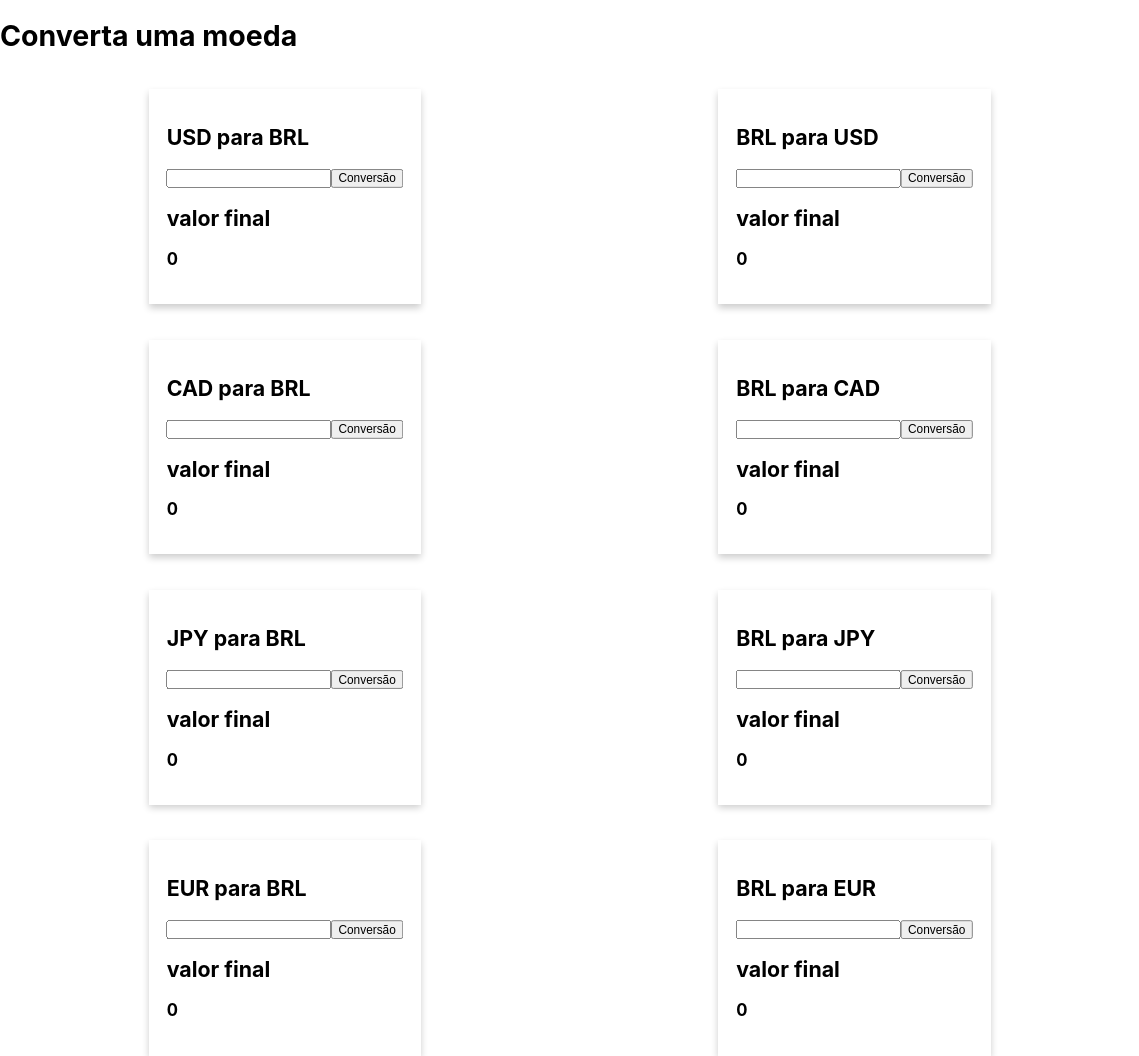
Repository: DeanLemosXD/Currency-converter
Page: /
The author's editor kept a copy of each file at every save. The page is drawn from the files as they stood at one save, then again after the next save.
The browser window is 1280 px wide. The pictures show the whole page, at 89% of full size.
The project was rebuilt for these pictures with package versions that can differ from the ones it lists, and the page was loaded fresh each time.

Above is the page before, as saved 2021-10-19 18:18:44.

### src/App.js
import './App.css';
import Conversor from './components/Conversor';

function App() {
  return (
    <div className="App">
      <h1>Converta uma moeda</h1>
      <div className="linha">
      <Conversor moedaA="USD" moedaB="BRL"></Conversor>
      <Conversor moedaA="BRL" moedaB="USD"></Conversor>
      </div>
      <div className="linha">
      <Conversor moedaA="CAD" moedaB="BRL"></Conversor>
      <Conversor moedaA="BRL" moedaB="CAD"></Conversor>
      </div>
      <div className="linha">
      <Conversor moedaA="JPY" moedaB="BRL"></Conversor>
      <Conversor moedaA="BRL" moedaB="JPY"></Conversor>
      </div>
      <div className="linha">
      <Conversor moedaA="EUR" moedaB="BRL"></Conversor>
      <Conversor moedaA="BRL" moedaB="EUR"></Conversor>
      </div>
    </div>
  );
}

export default App;

### src/App.css
.linha{
    display:flex;
    margin-top:  40px;
    justify-content: space-around;

}

### src/components/Conversor.js
import React, { Component } from 'react'
import './conversor.css'
export default class Conversor extends Component {

    // eslint-disable-next-line no-useless-constructor
    constructor(props){
        super(props);

        this.state = {
            moedaA_Valor:"",
            moedaB_Valor:0,

        }

        this.converter = this.converter.bind(this)
    }

    converter(){

        let de_para = `${this.props.moedaA}_${this.props.moedaB}`;
        let url = `http://free.currconv.com/api/v7/convert?q=${de_para}&compact=ultra&apiKey=0d7e32903cad9cf7460c`
        //console.log(url)
        fetch(url).then(res=>{
            return res.json()
        })
        .then(json=>{

            let cotacao = json[de_para];
            let moedaB_Valor = (parseFloat(this.state.moedaA_Valor) * cotacao).toFixed(2)
            this.setState({moedaB_Valor})
        })
    }
    render(){
        return (
            <div className="conversor">
                <h2>{this.props.moedaA} para {this.props.moedaB}</h2>
                <input type="text" onChange={(event)=>{this.setState({moedaA_Valor:event.target.value})}}></input>
                <input type="button" value="Conversão" onClick={this.converter}></input>
                <h2>valor final</h2>
                <h3>{this.state.moedaB_Valor}</h3>
            </div>
        )
    }
}

### src/components/conversor.css
.conversor{
        padding: 20px;
        max-width: 300px;
        box-shadow: 0 4px 8px 0 rgba(0, 0, 0, 0.2);
}

Loaded but not shown: public/index.html (common file); src/index.js (common file); src/index.css (common file); src/reportWebVitals.js (common file)

After the next save:
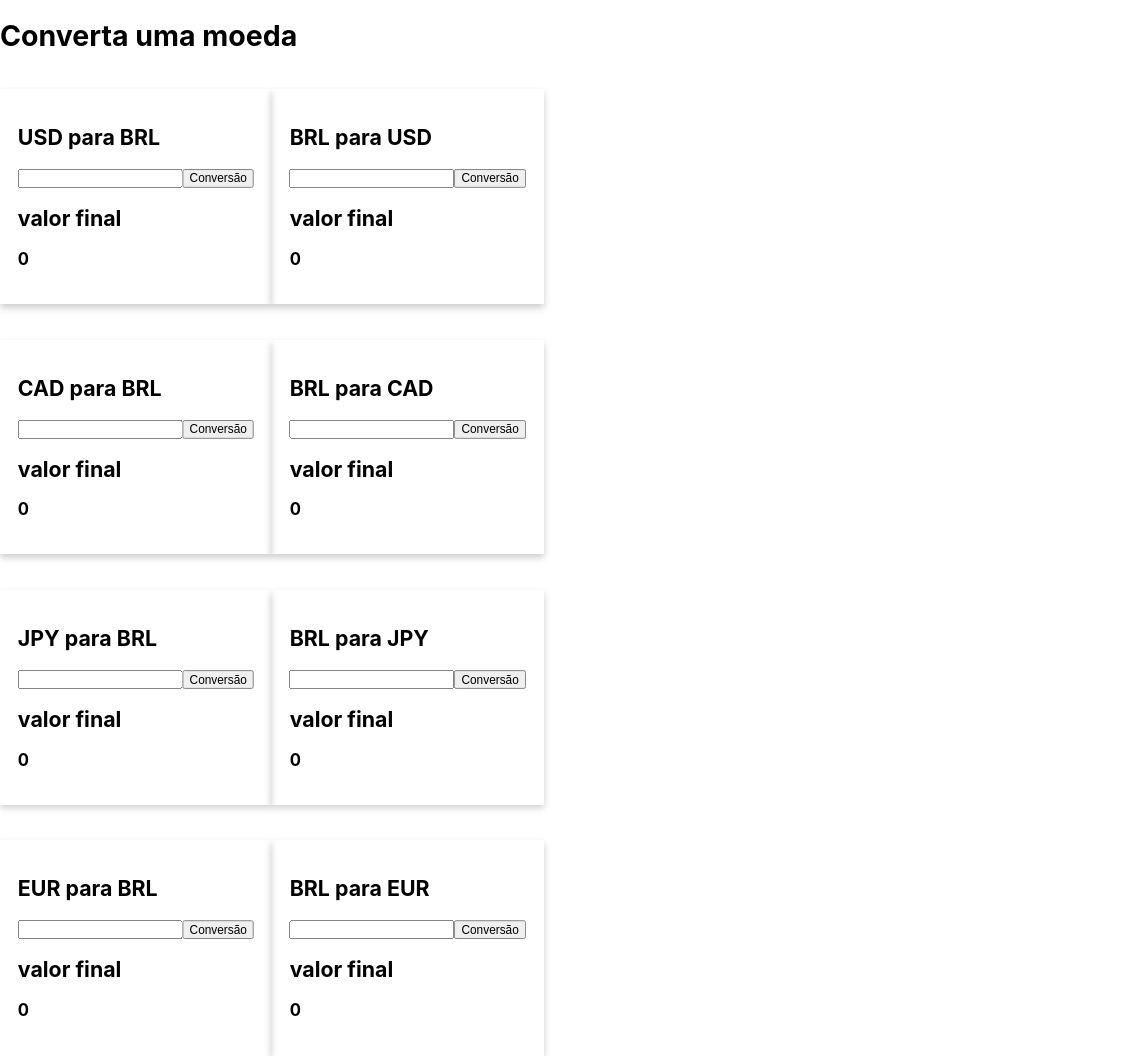
Saved 12 s later.
--- a/src/App.css
+++ b/src/App.css
@@ -1,6 +1,6 @@
 .linha{
     display:flex;
     margin-top:  40px;
-    justify-content: space-around;
+    justify-content: space-around 20px;
 
 }

After the save that followed:
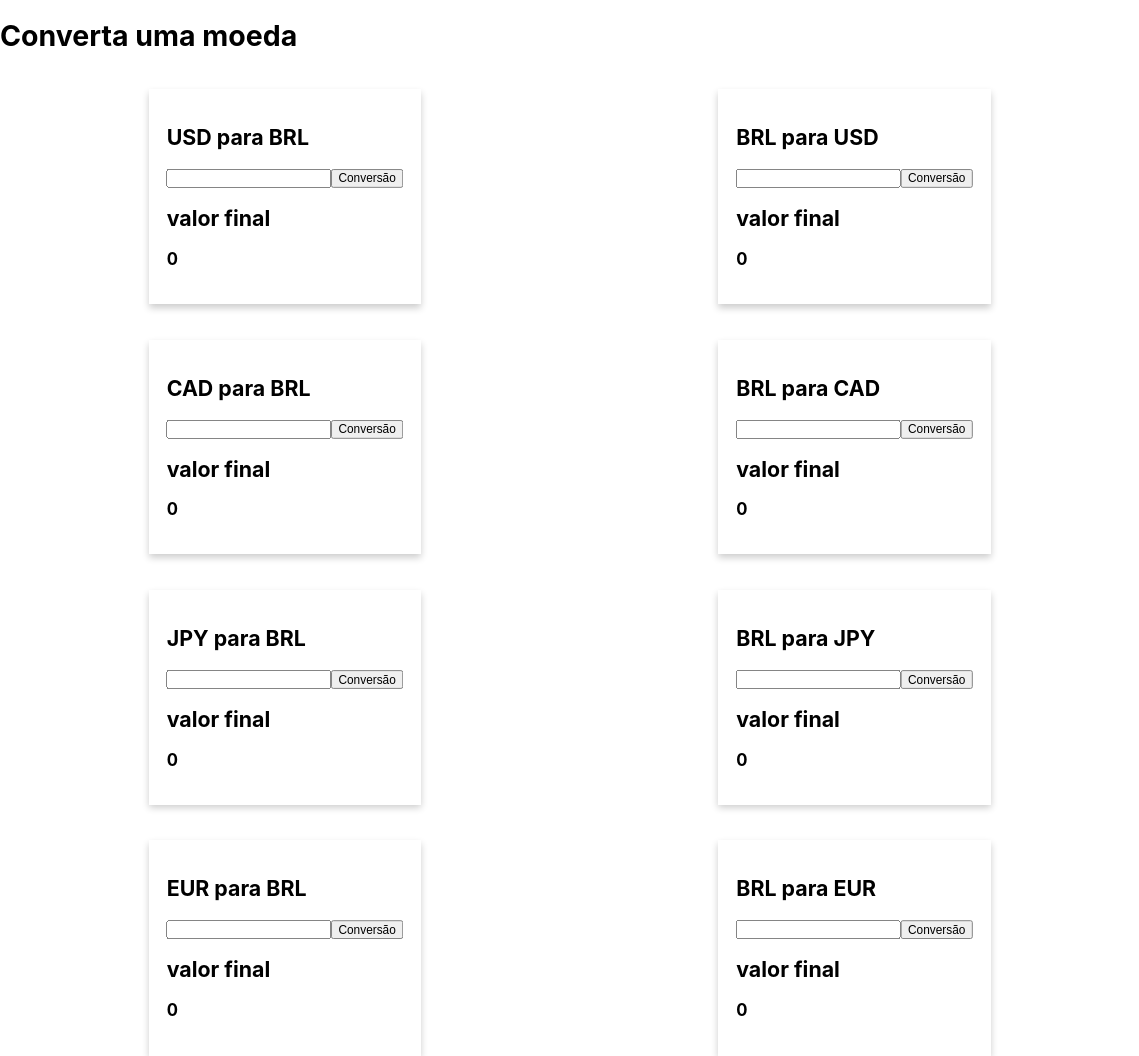
Saved 5 s later.
--- a/src/App.css
+++ b/src/App.css
@@ -1,6 +1,6 @@
 .linha{
     display:flex;
     margin-top:  40px;
-    justify-content: space-around 20px;
+    justify-content: space-around;
 
 }
